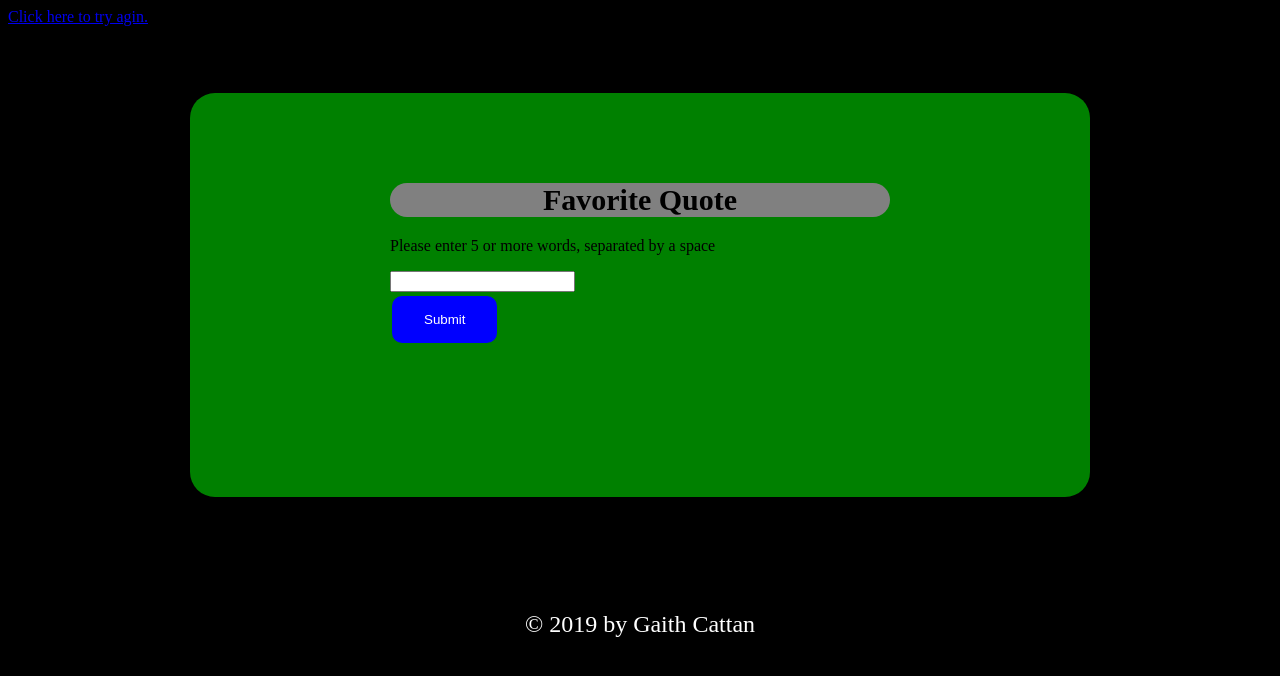
Repository: GaithCattan/COSW30
Page: labwork/lab5/favoritequote.html
The author's editor kept a record of every edit. The page is drawn from the files as they stood at one moment, then again after the next edit.
The browser window is 1280 px wide. The pictures show the whole page.

Above is the page before.

### labwork/lab5/favoritequote.html

<!doctype html>
<html>
    <head>
         <meta charset="utf-8">
         <title>Favorite Quote</title>
        <style>
          body {background-color: black;
                background-position: center;
                background-repeat: no-repeat;}
          h1 {text-align: center; font-size: 30px; margin-top: 40px;
              border-radius: 25px; margin-left: auto; margin-right: auto;
              background-color: grey;}
          #container {width: 900px;	margin-left: auto;	margin-right: auto;	padding-top: 50px;	padding-bottom: 150px; border-radius: 25px;	background-color: green;}
          #texting {width: 500px; display: block; margin-left: auto; margin-right: auto;}
          input[type=submit] {background-color: blue; border: none; border-radius: 10px;  color: white;  padding: 16px 32px;  text-decoration: none;  margin: 4px 2px;  cursor: pointer;}
          footer {font-size: 1.5em; color: white; text-align: center; margin-top: 9%;}
        </style>

    </head>
    <body>

        <header>
            <a href=\"https://0cd32b34e5164bbab8e00106b3cc302a.vfs.cloud9.us-east-1.amazonaws.com/labwork/lab5/favoritequote.html\">Click here to try agin.</a>
            <h2 id="goto">Population Page</h2>

        </header>

        <div id="container">
        <div id="texting">

        <h1>Favorite Quote</h1>
        <p>Please enter 5 or more words, separated by a space</p>

        <form action="process_favoritequote.php" method="POST">

            <input type="text" id="text" name="text">
            <br>

            <input type="submit" name="submit" value="Submit"/>


        </form>


        </div>
        </div>


    </body>

    <footer>
        <p>&copy; 2019 by Gaith Cattan</p>
    </footer>

</html>

After the next edit:
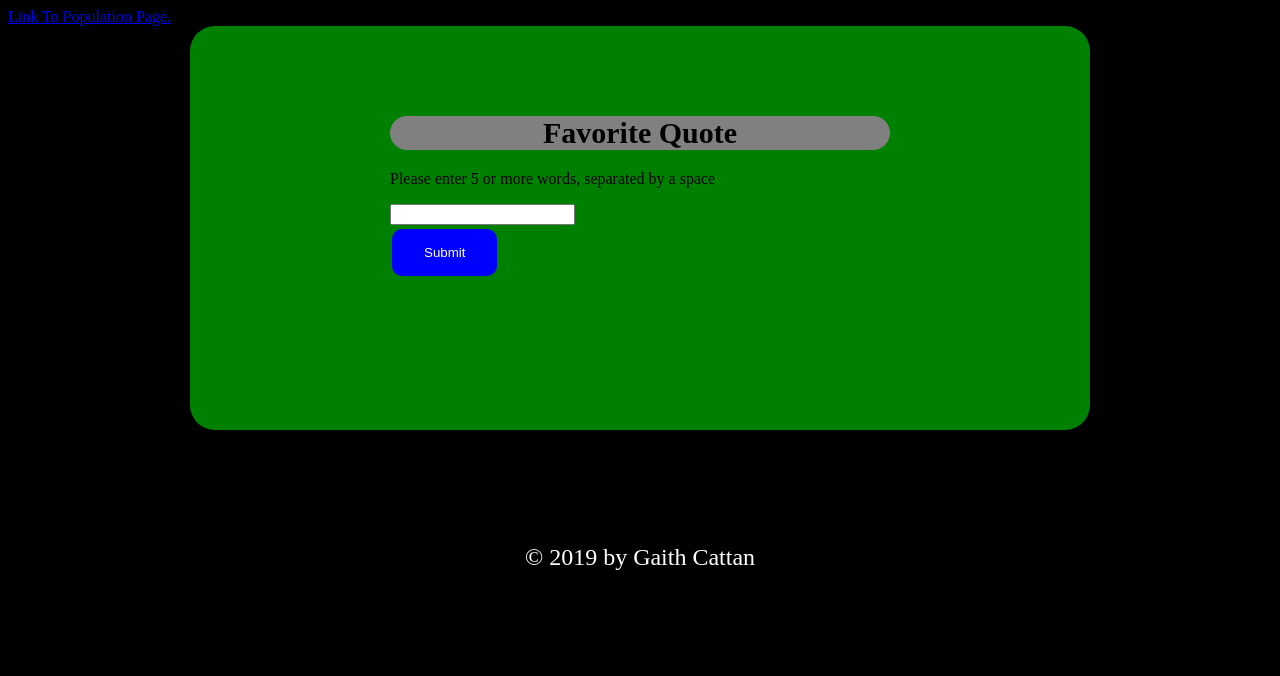
The edit:
--- a/labwork/lab5/favoritequote.html
+++ b/labwork/lab5/favoritequote.html
@@ -21,8 +21,8 @@
     <body>
 
         <header>
-            <a href=\"https://0cd32b34e5164bbab8e00106b3cc302a.vfs.cloud9.us-east-1.amazonaws.com/labwork/lab5/favoritequote.html\">Click here to try agin.</a>
-            <h2 id="goto">Population Page</h2>
+            <a href="https://0cd32b34e5164bbab8e00106b3cc302a.vfs.cloud9.us-east-1.amazonaws.com/labwork/lab5/population.php">Link To Population Page.</a>
+
 
         </header>
 
